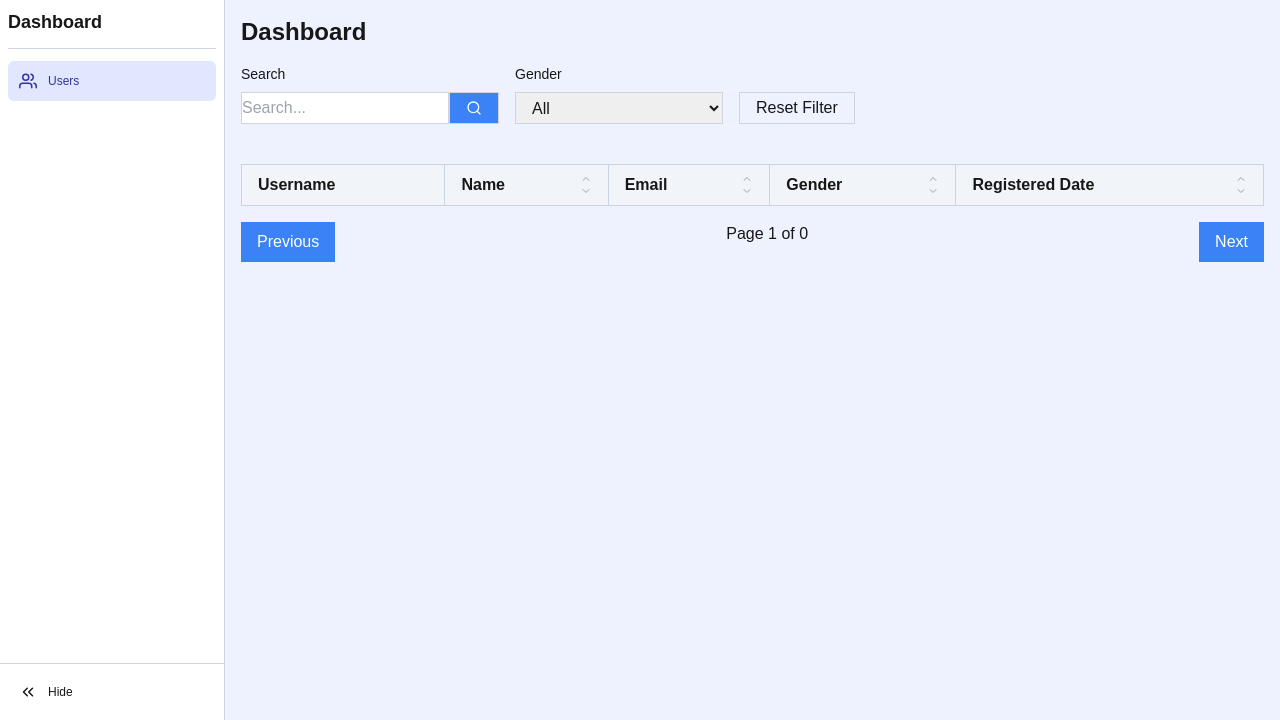
Repository: Ademaulana100499/userdashboard
Page: /
The author's editor kept a copy of each file at every save. The page is drawn from the files as they stood at one save, then again after the next save.
The browser window is 1280 px wide. The pictures show the whole page.
The page's requests for data from a server got no answer. The project was rebuilt for these pictures with package versions that can differ from the ones it lists, and the page was loaded fresh each time. The framework's server and built-in components were replaced by stand-ins that run in the browser. No one was signed in, and anything a server would have sent is missing. Also part of the build but not shown: next.config.mjs.

Above is the page before, as saved 2025-02-14 22:17:46.

After the next save:
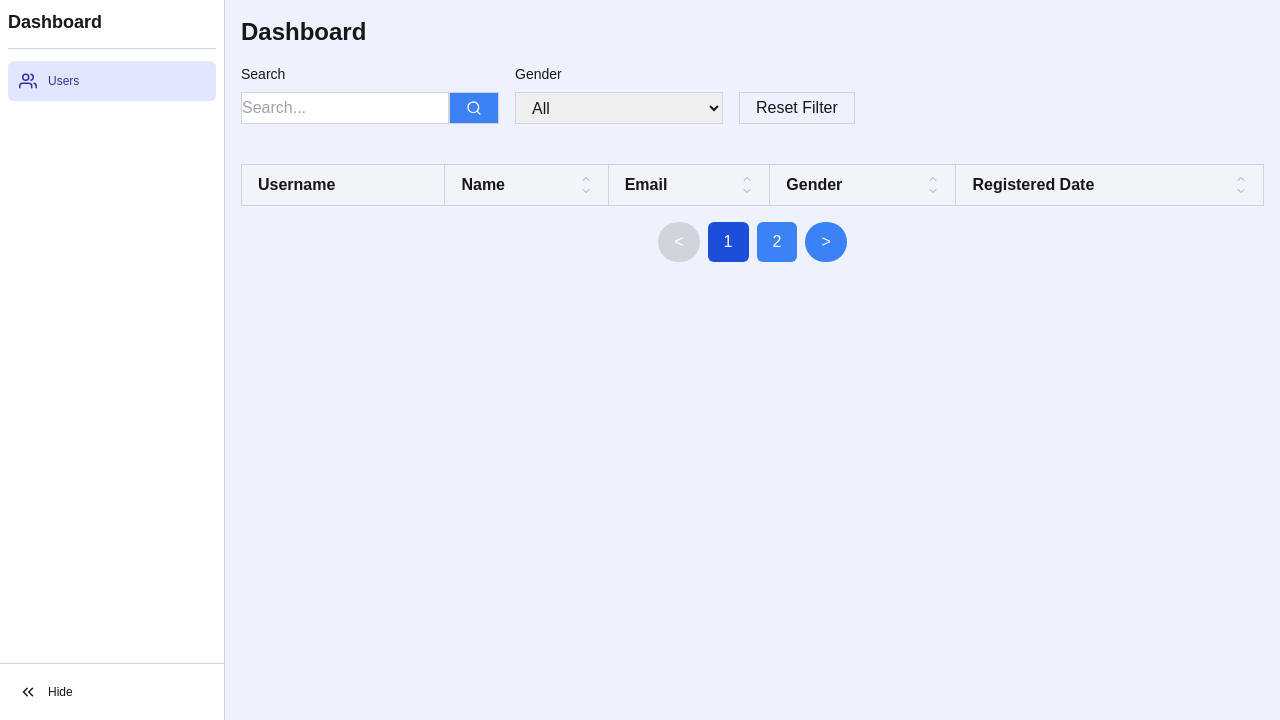
Saved 116 s later.
--- a/src/components/DashboardContent.jsx
+++ b/src/components/DashboardContent.jsx
@@ -273,21 +273,38 @@ const DashboardContent = () => {
       </table>
 
       {/* Pagination controls */}
-      <div className="flex justify-between mt-4">
+      <div className="flex justify-center items-center mt-4 space-x-2">
+        {/* Left Arrow */}
         <button
           onClick={() => handlePageChange(currentPage - 1)}
           disabled={currentPage === 1}
-          className="px-4 py-2 bg-blue-500 text-white">
-          Previous
+          className="px-4 py-2 bg-blue-500 text-white rounded-full hover:bg-blue-600 disabled:bg-gray-300">
+          &lt;
         </button>
-        <span>
-          Page {currentPage} of {totalPages}
-        </span>
+
+        {/* Page Numbers */}
+        <button
+          onClick={() => handlePageChange(1)}
+          className={`px-4 py-2 bg-blue-500 text-white rounded-md hover:bg-blue-600 ${
+            currentPage === 1 ? "bg-blue-700" : ""
+          }`}>
+          1
+        </button>
+
+        <button
+          onClick={() => handlePageChange(2)}
+          className={`px-4 py-2 bg-blue-500 text-white rounded-md hover:bg-blue-600 ${
+            currentPage === 2 ? "bg-blue-700" : ""
+          }`}>
+          2
+        </button>
+
+        {/* Right Arrow */}
         <button
           onClick={() => handlePageChange(currentPage + 1)}
           disabled={currentPage === totalPages}
-          className="px-4 py-2 bg-blue-500 text-white">
-          Next
+          className="px-4 py-2 bg-blue-500 text-white rounded-full hover:bg-blue-600 disabled:bg-gray-300">
+          &gt;
         </button>
       </div>
     </div>
